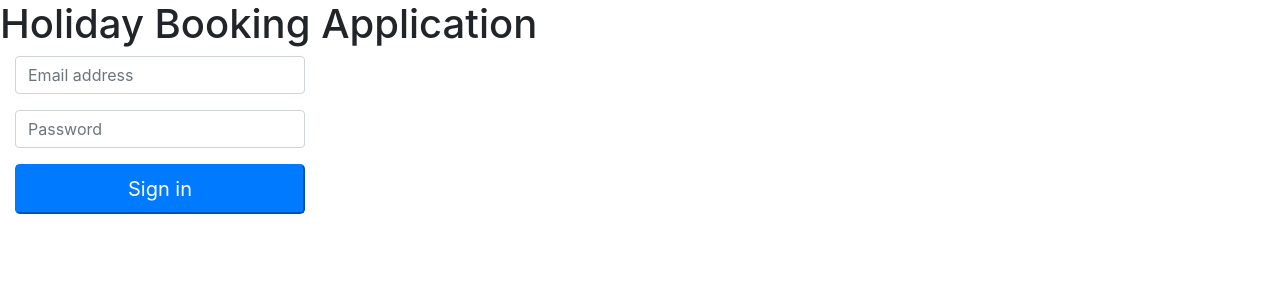
Repository: Anastasiyatik/JavaEnterpriseApplication
Page: http://localhost/HolidayBookingAppWebApplication/login.jsp
An editor plug-in stored every save of this project. The page is shown before and after the next save, followed by the edit.
The browser window is 1280 px wide. The pictures show the whole page.
The page is served by Tomcat 9. Nobody is signed in. The application's start-up code is not run. Other server files are loaded and not shown.

Above is the page before, as saved 2020-04-02 20:49:42.

### HolidayBookingAppWebApplication/WebContent/login.jsp
<%@ page contentType="text/html" pageEncoding="UTF-8"%>
<!DOCTYPE HTML PUBLIC "-//W3C//DTD HTML 4.01 Transitional//EN"
   "http://www.w3.org/TR/html4/loose.dtd">

<html>
<head>
<meta http-equiv="Content-Type" content="text/html; charset=UTF-8">
<title>Holiday Booking Application</title>
<link rel="stylesheet" href="css/bootstrap.css">
</head>
<body>
	<h1>Holiday Booking Application</h1>
	<%
		String errMsg = (String) request.getAttribute("errorLoginMessage");
	%>
	<%
		if (errMsg != null) {
			out.print("<h5>" + errMsg + "</h5>");
		}
	%>
	<%
		String isLogin = (String) session.getAttribute("userName");
		if (isLogin != null) {
			response.sendRedirect("EmployeesServlet");
		}
	%>
	<div class="col-sm-3 first_cont">
		<form class="form-signin" method="POST"
			action="HolidayBookingAppServlet">
			<input type="email" class="form-control" name="email"
				placeholder="Email address" required>
			<p></p>
			<input type="password" class="form-control" name="password"
				placeholder="Password" required>
			<p></p>
			<button class="btn-lg btn-primary btn-block" type="submit"
				value="Login">Sign in</button>
		</form>
	</div>

</body>
</html>

Loaded but not shown: HolidayBookingAppWebApplication/WebContent/css/bootstrap.css (library)

After the next save:
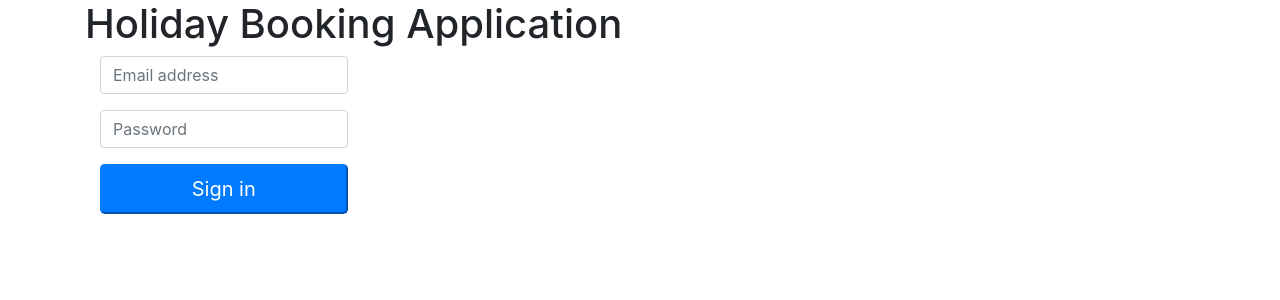
Saved 49 s later.
--- a/HolidayBookingAppWebApplication/WebContent/login.jsp
+++ b/HolidayBookingAppWebApplication/WebContent/login.jsp
@@ -9,6 +9,10 @@
 <link rel="stylesheet" href="css/bootstrap.css">
 </head>
 <body>
+<section class="home">
+<nav class="nav">
+        <div class="container">
+
 	<h1>Holiday Booking Application</h1>
 	<%
 		String errMsg = (String) request.getAttribute("errorLoginMessage");
@@ -37,6 +41,7 @@
 				value="Login">Sign in</button>
 		</form>
 	</div>
-
+</nav>
+</section>
 </body>
 </html>
